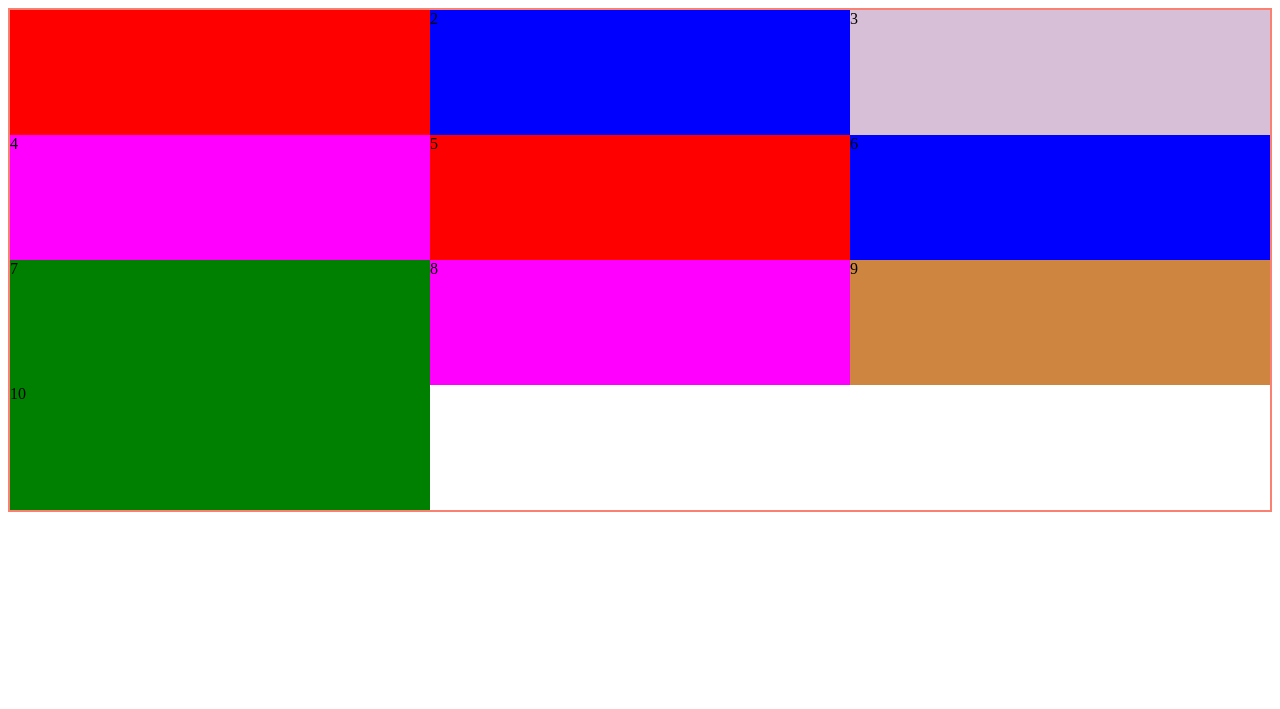
Repository: DinkarRavi/Dinkar_Coding
Page: 22aug24/grid.html
An editor plug-in stored every save of this project. The page is shown before and after the next save, followed by the edit.
The browser window is 1280 px wide. The pictures show the whole page.

Above is the page before, as saved 2024-08-22 15:20:05.

After the next save:
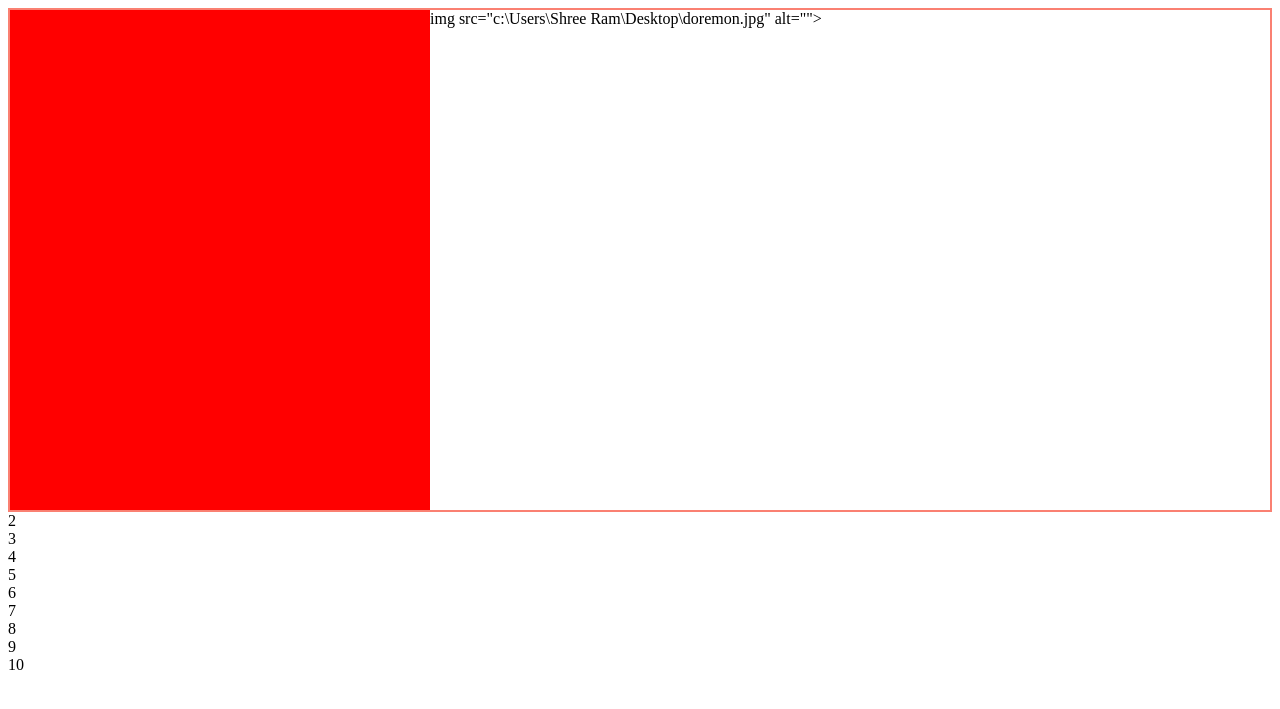
Saved 117 s later.
--- a/22aug24/grid.html
+++ b/22aug24/grid.html
@@ -9,7 +9,7 @@
 <body>
 
         <div id="parent">
-        <div img src="c:\Users\Shree Ram\Desktop\doremon.jpg" alt=""></div>
+        <div ></div>img src="c:\Users\Shree Ram\Desktop\doremon.jpg" alt=""></div>
         <div>2</div>
         <div>3</div>
         <div>4</div>

After the save that followed:
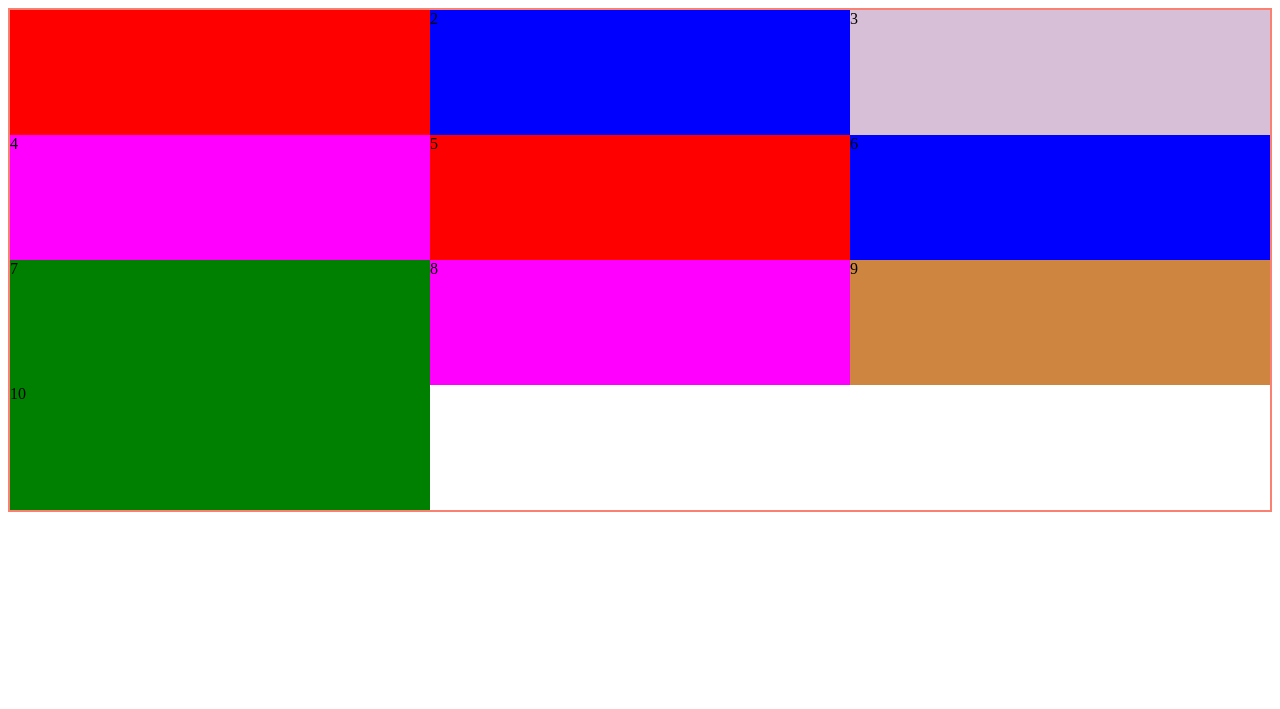
Saved 8 s later.
--- a/22aug24/grid.html
+++ b/22aug24/grid.html
@@ -9,7 +9,7 @@
 <body>
 
         <div id="parent">
-        <div ></div>img src="c:\Users\Shree Ram\Desktop\doremon.jpg" alt=""></div>
+        <div ></div>
         <div>2</div>
         <div>3</div>
         <div>4</div>
